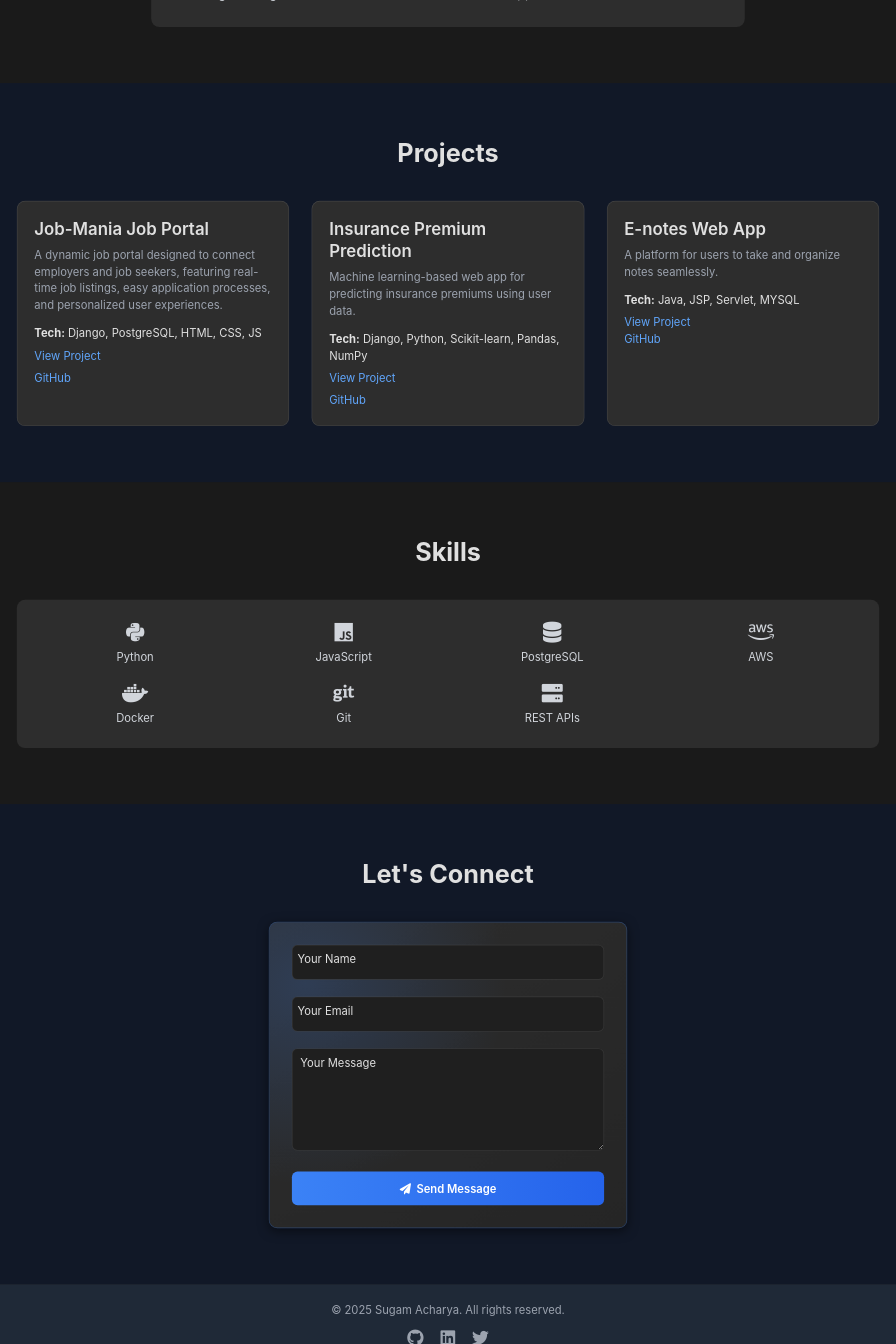
Repository: Sugaam0/Portfolio
Page: portfolio/home/templates/home/index.html
An editor plug-in stored every save of this project. The page is shown before and after the next save, followed by the edit.
The browser window is 1280 px wide. The pictures show the part of the page from y = 964 to 2884 px (the page is 2914 px tall), at 70% of full size.
The template is drawn by Django 5.2. The application's start-up code is not run. Other server files are loaded and not shown. The template is opened directly, without the code that normally fills it, so the values that code supplies are empty.

Above is the page before, as saved 2025-05-08 17:51:28.

### portfolio/home/templates/home/index.html
{% load static %}
<!DOCTYPE html>
<html lang="en">
<head>
  <meta charset="UTF-8" />
  <meta name="viewport" content="width=device-width, initial-scale=1.0"/>
  <title>| Sugam Acharya |</title>
  <link href="https://cdn.jsdelivr.net/npm/tailwindcss@2.2.19/dist/tailwind.min.css" rel="stylesheet"/>
  <link rel="stylesheet" href="https://cdnjs.cloudflare.com/ajax/libs/font-awesome/6.0.0-beta3/css/all.min.css"/>
  <link rel="stylesheet" href="{% static 'css/style.css' %}">
</head>
<body class="antialiased scroll-smooth">

{% include 	"home/navbar.html" %}
<!-- Hero Section -->
<section id="home" class="min-h-screen flex items-center justify-center pt-20">
  <div class="container mx-auto px-6 text-center">
    <h1 class="text-5xl font-bold mb-4">Aspiring Full-Stack Developer</h1>
    <p class="text-lg text-accent mb-4">
      <span id="typed-text" class="font-semibold">Building the web one line at a time.</span>
    </p>
    <p class="text-xl text-secondary mb-6">
      Eager to build innovative digital experiences and grow through hands-on projects and collaboration.
    </p>
    <p class="text-md text-secondary mb-8">
      Recently completed training in modern web technologies including Python, JavaScript, and Java.
    </p>
    <a href="#projects" class="btn-accent px-6 py-3 rounded-lg font-semibold">Explore My Work</a>
  </div>
</section>

<!-- About Section -->
<section id="about" class="py-20">
  <div class="container mx-auto px-6 max-w-4xl">
    <h2 class="text-4xl font-bold text-center mb-10">About Me</h2>
    <div class="section-bg p-8">
      <p class="text-lg leading-relaxed text-gray-300">
        Passionate coder focused on building efficient web solutions. Skilled in Python and Machine Learning, I'm eager to turn creative ideas into functional applications.
      </p>
    </div>
  </div>
</section>

<!-- Projects -->
<section id="projects" class="py-20 bg-gray-900">
    <div class="container mx-auto px-6">
      <h2 class="text-4xl font-bold text-center mb-12">Projects</h2>
      <div class="grid grid-cols-1 sm:grid-cols-2 lg:grid-cols-3 gap-8">
        <!-- Project Cards -->
        <div class="project-card section-bg p-6">
          <h3 class="text-2xl font-semibold mb-2">Job-Mania Job Portal</h3>
          <p class="text-gray-400 mb-4">A dynamic job portal designed to connect employers and job seekers, featuring real-time job listings, easy application processes, and personalized user experiences.</p>
          <p><strong>Tech:</strong> Django, PostgreSQL, HTML, CSS, JS</p>
          <a href="#" class="text-blue-400 hover:underline mt-2 inline-block">View Project</a><br>
          <a href="https://github.com/Sugaam0/JobMania-JobPortal" class="text-blue-400 hover:underline mt-2 inline-block" target="_blank">GitHub</a>
        </div>
        <div class="project-card section-bg p-6">
          <h3 class="text-2xl font-semibold mb-2">Insurance Premium Prediction</h3>
          <p class="text-gray-400 mb-4">Machine learning-based web app for predicting insurance premiums using user data.</p>
          <p><strong>Tech:</strong> Django, Python, Scikit-learn, Pandas, NumPy</p>
          <a href="#" class="text-blue-400 hover:underline mt-2 inline-block">View Project</a><br>
          <a href="https://github.com/Sugaam0/insurance-Premium-Prediction" class="text-blue-400 hover:underline mt-2 inline-block" target="_blank">GitHub</a>

        </div>
        <div class="project-card section-bg p-6">
            <h3 class="text-2xl font-semibold mb-2">E-notes Web App</h3>
            <p class="text-gray-400 mb-4">A platform for users to take and organize notes seamlessly.</p>
            <p><strong>Tech:</strong> Java, JSP, Servlet, MYSQL</p>
            <div class="mt-2">
                <a href="#" class="text-blue-400 hover:underline inline-block mr-4">View Project</a><br>
                <a href="https://github.com/Sugaam0/ProjectFinal-Online-Notepad" class="text-blue-400 hover:underline inline-block" target="_blank">GitHub</a>
            </div>
        </div>
      </div>
    </div>
  </section>


<!-- Skills -->
<section id="skills" class="py-20">
  <div class="container mx-auto px-6">
    <h2 class="text-4xl font-bold text-center mb-12">Skills</h2>
    <div class="section-bg p-8 grid grid-cols-2 md:grid-cols-4 gap-6 text-center text-gray-300">
      <div><i class="fab fa-python text-3xl mb-2 icon-hover"></i><p>Python</p></div>
      <div><i class="fab fa-js text-3xl mb-2 icon-hover"></i><p>JavaScript</p></div>

      <div><i class="fas fa-database text-3xl mb-2 icon-hover"></i><p>PostgreSQL</p></div>
      <div><i class="fab fa-aws text-3xl mb-2 icon-hover"></i><p>AWS</p></div>
      <div><i class="fab fa-docker text-3xl mb-2 icon-hover"></i><p>Docker</p></div>
      <div><i class="fab fa-git text-3xl mb-2 icon-hover"></i><p>Git</p></div>
      <div><i class="fas fa-server text-3xl mb-2 icon-hover"></i><p>REST APIs</p></div>
    </div>
  </div>
</section>

<!-- Contact Section -->
<section id="contact" class="py-20 bg-gray-900">
  <div class="container mx-auto px-6">
    <h2 class="text-4xl font-bold text-center mb-12">Let's Connect</h2>
    <div class="contact-form p-8 max-w-lg mx-auto rounded-xl">
      <form action="{% url 'contact' %}" method="POST">
        {% csrf_token %}
        <div class="mb-6 relative">
          <input type="text" id="name" name="name" class="form-input w-full p-3 rounded-lg peer" placeholder=" " required>
          <label for="name" class="form-label absolute left-2 top-2 text-secondary">Your Name</label>
        </div>
        <div class="mb-6 relative">
          <input type="email" id="email" name="email" class="form-input w-full p-3 rounded-lg peer" placeholder=" " required>
          <label for="email" class="form-label absolute left-2 top-2 text-secondary">Your Email</label>
        </div>
        <div class="mb-6 relative">
          <textarea id="message" name="message" rows="5" class="form-input w-full p-3 rounded-lg peer" placeholder=" " required></textarea>
          <label for="message" class="form-label absolute left-3 top-2 text-secondary">Your Message</label>
        </div>
        <button type="submit" class="btn-accent w-full py-3 rounded-lg font-semibold flex items-center justify-center gap-2">
          <i class="fas fa-paper-plane"></i> Send Message
        </button>
      </form>
    </div>
  </div>
</section>

<!-- Footer -->
{% include "home/footer.html" %}
</body>
</html>

### portfolio/home/templates/home/navbar.html
<!-- Navbar -->
<nav class="navbar fixed top-0 w-full z-50">
    <div class="container mx-auto px-6 py-5 flex justify-between items-center">
      <a href="{% url 'index' %}" class="logo text-white">Sugam Acharya</a>
      <div class="space-x-6 text-sm font-medium">
        <a href="#about" class="nav-link">About</a>
        <a href="#projects" class="nav-link">Projects</a>
        <a href="#skills" class="nav-link">Skills</a>
        <a href="#contact" class="nav-link">Contact</a>
      </div>
    </div>
  </nav>

### portfolio/home/templates/home/footer.html
<footer class="bg-gray-800 py-6">
    <div class="container mx-auto px-6 text-center text-gray-400">
      <p>© 2025 Sugam Acharya. All rights reserved.</p>
      <div class="flex justify-center space-x-6 mt-4">
        <a href="https://github.com/Sugaam0" class="icon-hover" target="_blank"><i class="fab fa-github text-2xl"></i></a>
        <a href="https://www.linkedin.com/in/sugam-acharya-b1059a23b/" class="icon-hover" target="_blank"><i class="fab fa-linkedin text-2xl"></i></a>
        <a href="https://x.com/gaam_su" class="icon-hover" target="_blank"><i class="fab fa-twitter text-2xl"></i></a>
      </div>
    </div>
  </footer>

### portfolio/home/static/css/style.css
:root {
    --bg-primary: #1a1a1a;
    --bg-secondary: #2d2d2d;
    --text-primary: #e0e0e0;
    --text-secondary: #a0a0a0;
    --accent: #3b82f6;
    --accent-dark: #2563eb;
  }

  body {
    background-color: var(--bg-primary);
    color: var(--text-primary);
    font-family: 'Inter', sans-serif;
  }

  .navbar {
    background: linear-gradient(to bottom, var(--bg-secondary), rgba(45, 45, 45, 0.95));
    backdrop-filter: blur(8px);
    box-shadow: 0 2px 5px rgba(0, 0, 0, 0.3);
  }

  .nav-link {
    position: relative;
    padding-bottom: 0.25rem;
    transition: color 0.3s ease;
  }

  .nav-link::after {
    content: '';
    position: absolute;
    width: 0;
    height: 2px;
    bottom: 0;
    left: 0;
    background-color: var(--accent);
    transition: width 0.3s ease;
  }

  .nav-link:hover::after {
    width: 100%;
  }

  .nav-link:hover {
    color: var(--accent);
  }

  .logo {
    font-size: 1.75rem;
    font-weight: 800;
    letter-spacing: 0.05em;
    transition: transform 0.3s ease, color 0.3s ease;
  }

  .logo:hover {
    transform: scale(1.05);
    color: var(--accent);
  }

  .section-bg {
    background-color: var(--bg-secondary);
    border-radius: 0.75rem;
    transition: background-color 0.3s ease;
  }

  .section-bg:hover {
    background-color: #353535;
  }

  .btn-accent {
    background: linear-gradient(to right, var(--accent), var(--accent-dark));
    color: white;
    position: relative;
    overflow: hidden;
    transition: background 0.3s ease;
  }

  .btn-accent::before {
    content: '';
    position: absolute;
    top: 0;
    left: -100%;
    width: 100%;
    height: 100%;
    background: linear-gradient(90deg, transparent, rgba(255, 255, 255, 0.2), transparent);
    transition: 0.5s;
  }

  .btn-accent:hover::before {
    left: 100%;
  }

  .btn-accent:hover {
    background: linear-gradient(to right, var(--accent-dark), var(--accent));
  }

  .project-card {
    transition: transform 0.3s ease, box-shadow 0.3s ease, border-color 0.3s ease;
    border: 1px solid rgba(255, 255, 255, 0.1);
  }

  .project-card:hover {
    transform: translateY(-6px);
    box-shadow: 0 6px 25px rgba(0, 0, 0, 0.6);
    border-color: var(--accent);
  }

  .icon-hover {
    transition: transform 0.3s ease, color 0.3s ease;
  }

  .icon-hover:hover {
    transform: scale(1.2);
    color: var(--accent);
  }

  /* Enhanced Contact Form Styles */
      .contact-form {
          background: linear-gradient(145deg, var(--bg-secondary), #252525);
          border: 1px solid rgba(59, 130, 246, 0.3);
          box-shadow: 0 4px 15px rgba(0, 0, 0, 0.5);
          position: relative;
          overflow: hidden;
      }

      .contact-form::before {
          content: '';
          position: absolute;
          top: 0;
          left: 0;
          width: 100%;
          height: 100%;
          background: radial-gradient(circle at 10% 20%, rgba(59, 130, 246, 0.2) 0%, transparent 50%);
          pointer-events: none;
      }

      .form-input {
          background-color: #1f1f1f;
          border: 1px solid rgba(255, 255, 255, 0.1);
          transition: border-color 0.3s ease, box-shadow 0.3s ease;
      }

      .form-input:focus {
          border-color: var(--accent);
          box-shadow: 0 0 8px rgba(59, 130, 246, 0.3);
          outline: none;
      }

      .form-label {
          transition: color 0.3s ease;
      }

      .form-input:focus + .form-label,
      .form-input:not(:placeholder-shown) + .form-label {
          color: var(--accent);
          transform: translateY(-1.5rem);
          font-size: 0.8rem;
      }

      ::selection {
          background: var(--accent);
          color: white;
      }

After the next save:
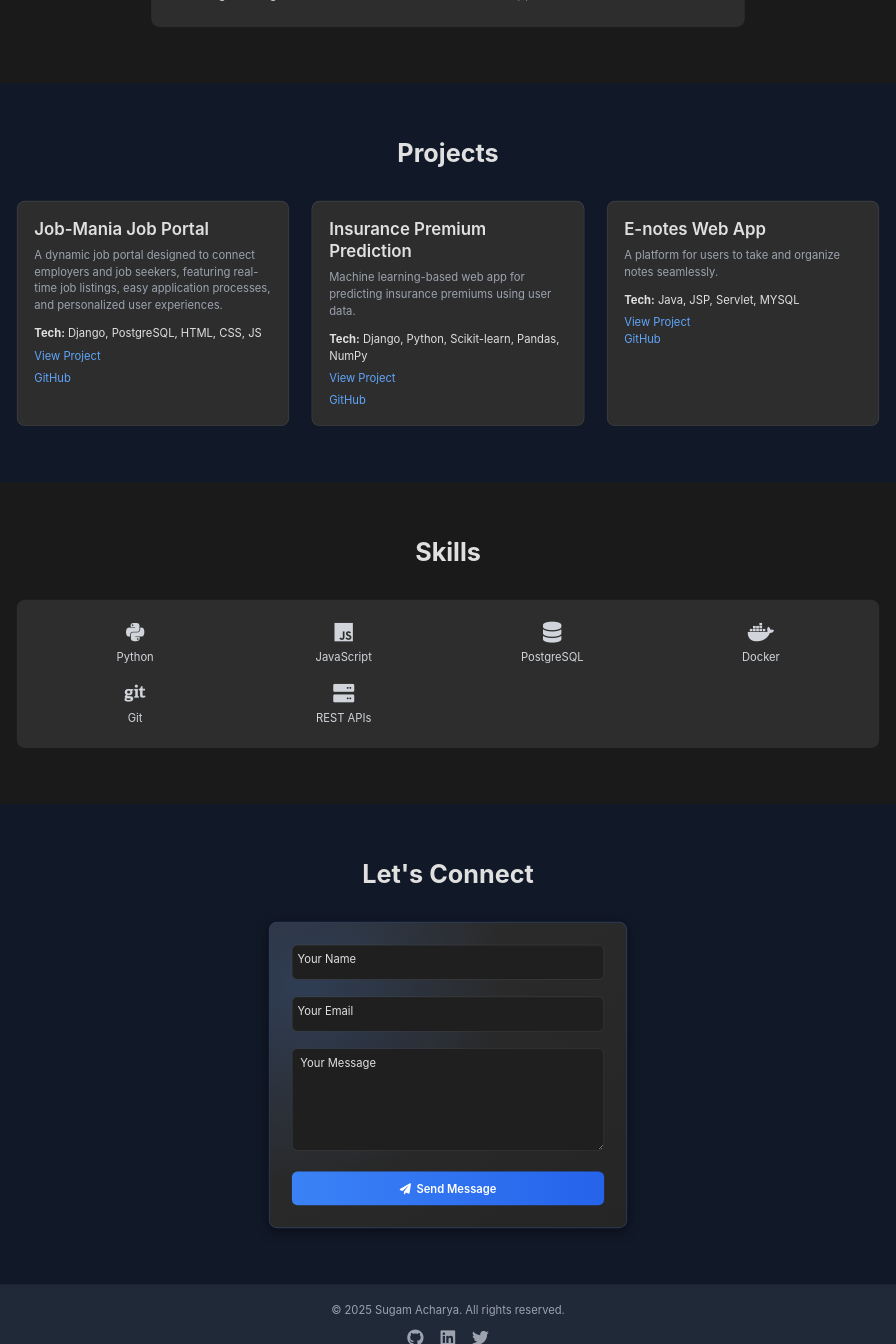
Saved 11 s later.
--- a/portfolio/home/templates/home/index.html
+++ b/portfolio/home/templates/home/index.html
@@ -85,7 +85,7 @@
       <div><i class="fab fa-js text-3xl mb-2 icon-hover"></i><p>JavaScript</p></div>
 
       <div><i class="fas fa-database text-3xl mb-2 icon-hover"></i><p>PostgreSQL</p></div>
-      <div><i class="fab fa-aws text-3xl mb-2 icon-hover"></i><p>AWS</p></div>
+
       <div><i class="fab fa-docker text-3xl mb-2 icon-hover"></i><p>Docker</p></div>
       <div><i class="fab fa-git text-3xl mb-2 icon-hover"></i><p>Git</p></div>
       <div><i class="fas fa-server text-3xl mb-2 icon-hover"></i><p>REST APIs</p></div>
